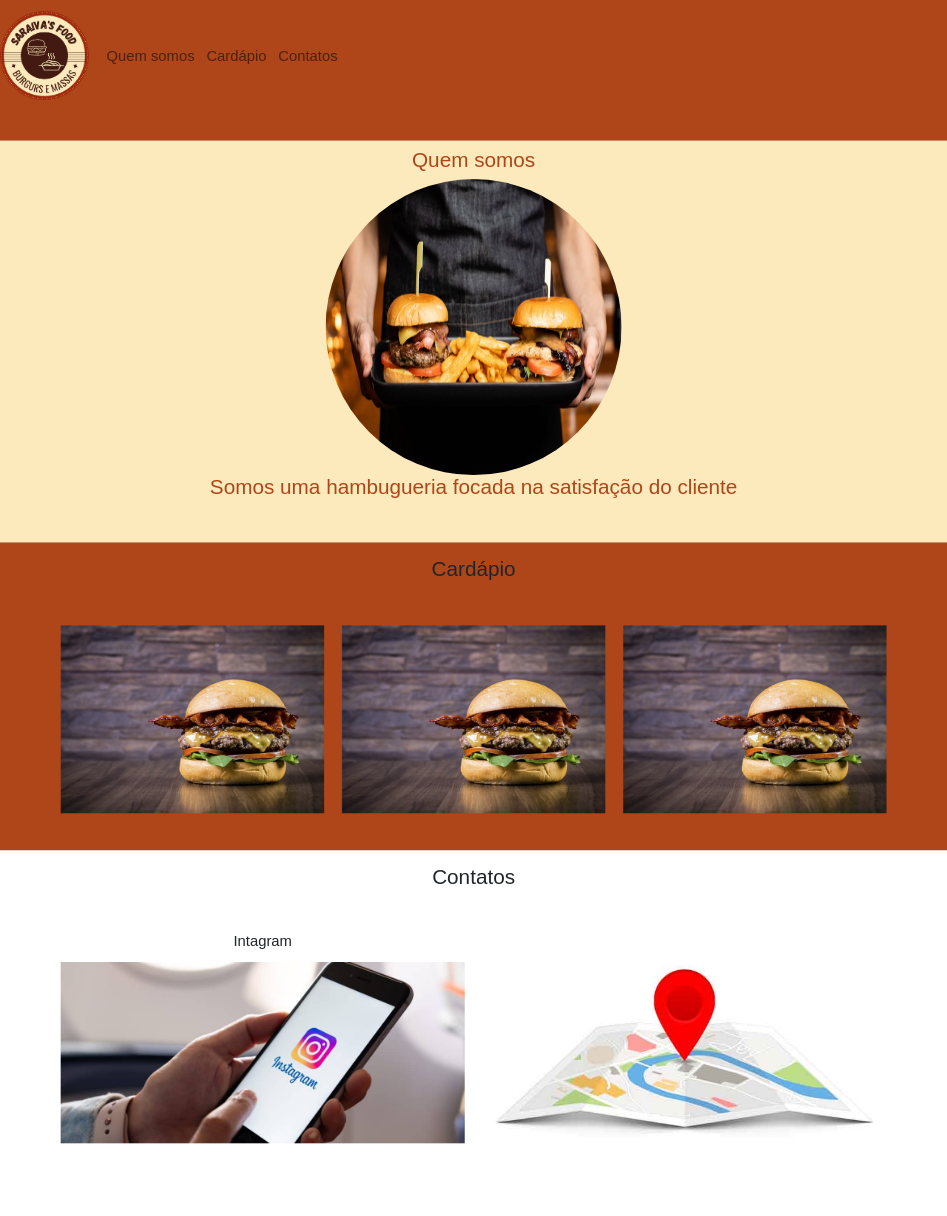
Repository: Tuanemendes/curso_bootstrap
Page: projeto1/index.html
An editor plug-in stored every save of this project. The page is shown before and after the next save, followed by the edit.
The browser window is 1280 px wide. The pictures show the whole page, at 74% of full size.

Above is the page before, as saved 2022-04-04 17:33:42.

After the next save:
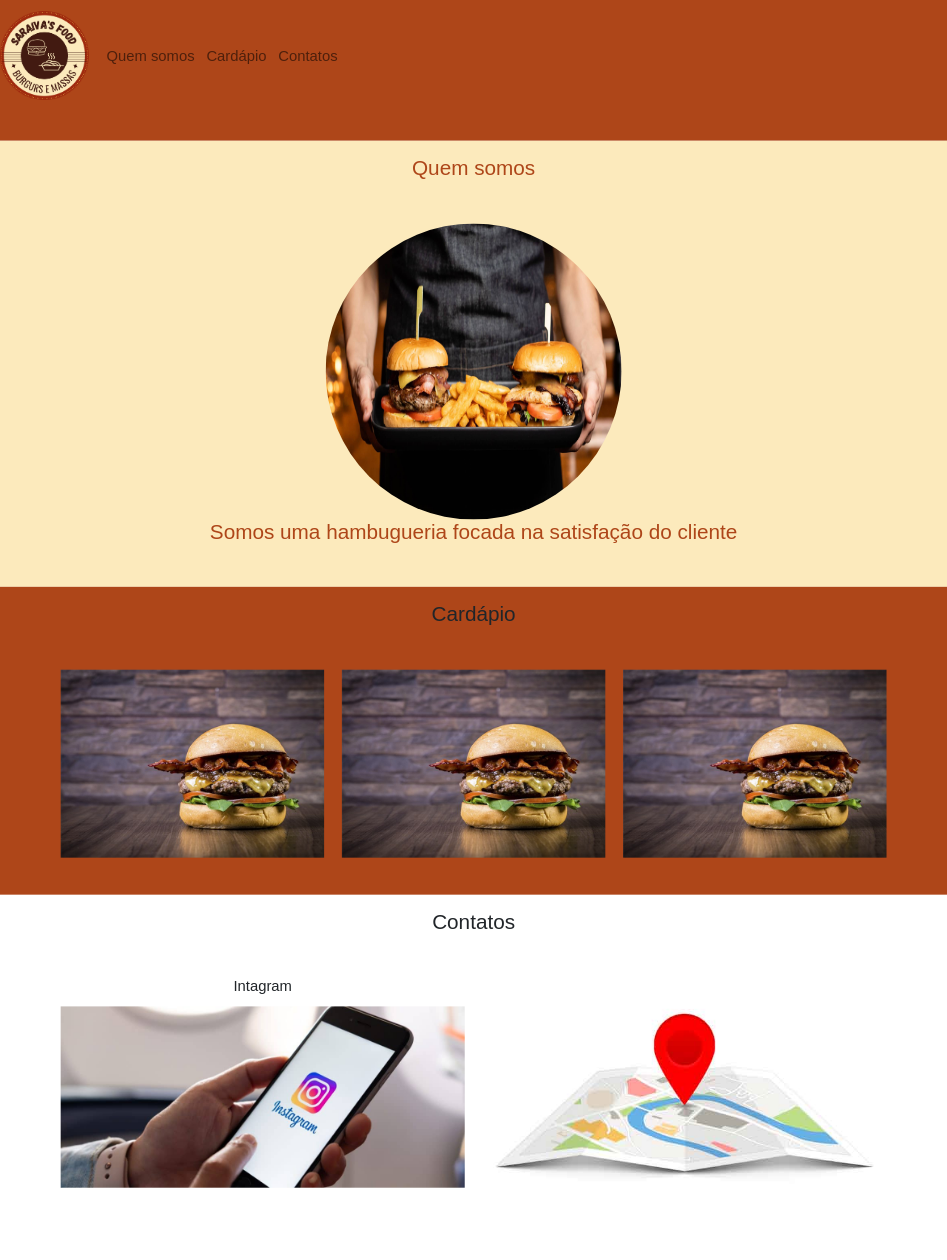
Saved 97 s later.
--- a/projeto1/index.html
+++ b/projeto1/index.html
@@ -30,9 +30,9 @@
 
     <section id="quemsomos">
         <div class="container-fluid quem-somos text-center margin">
-                <h3>Quem somos</h3>
-                <img src="/img/FICHA-TECNICA-PARA-HAMBURGUERIA-DICA.jpg" class="rounded-circle" alt="burgueria" width="400" height="400">
-                <h3>Somos uma hambugueria  focada na satisfação do cliente</h3>
+            <h3 class="margin">Quem somos</h3>
+            <img src="/img/FICHA-TECNICA-PARA-HAMBURGUERIA-DICA.jpg" class="rounded-circle" alt="burgueria" width="400" height="400">
+            <h3>Somos uma hambugueria  focada na satisfação do cliente</h3>
         </div>
     </section>
     <section id="cardapio">
